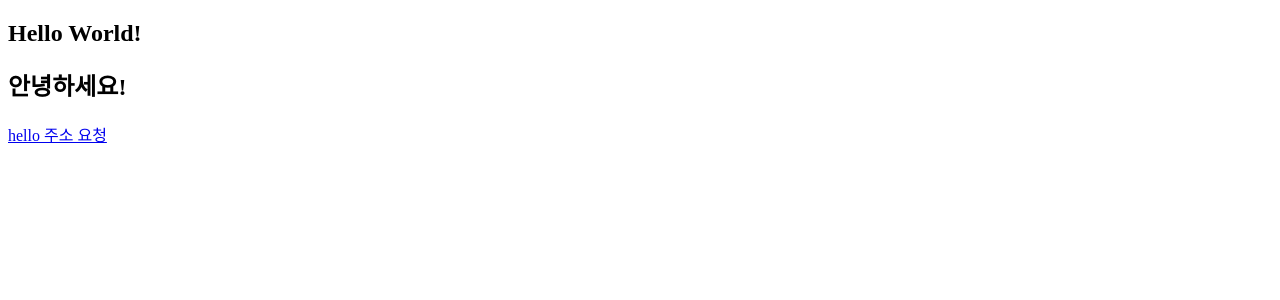
Repository: kimteayoung/spring
Page: http://localhost/spring_20211123_01/
These files come from the project's save history. The page is drawn as it stood at one moment and after the next save; the edit follows.
The browser window is 1280 px wide. The pictures show the whole page.
The page is served by Tomcat 9. Other server files are loaded and not shown.

Above is the page before, as saved 2021-11-23 04:24:36.

### workspace-sts-3.9.18.RELEASE/spring_20211123_01/src/main/webapp/WEB-INF/views/home.jsp
<%@ page language="java" contentType="text/html; charset=UTF-8"
    pageEncoding="UTF-8"%>
<!DOCTYPE html>
<html>
<head>
<meta charset="UTF-8">
<title>Insert title here</title>
</head>
<body>
   <h2>Hello World!</h2>
   <h2>안녕하세요!</h2>

   <a href="hello">hello 주소 요청</a>
</body>
</html>

After the next save:
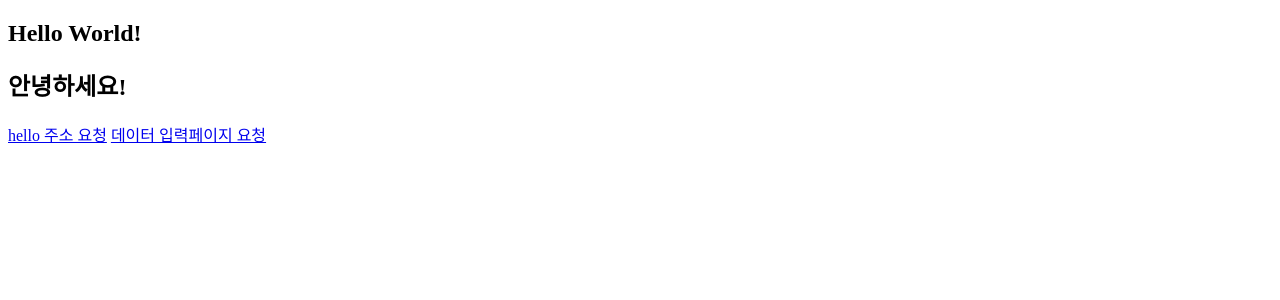
Saved 1 s later.
--- a/workspace-sts-3.9.18.RELEASE/spring_20211123_01/src/main/webapp/WEB-INF/views/home.jsp
+++ b/workspace-sts-3.9.18.RELEASE/spring_20211123_01/src/main/webapp/WEB-INF/views/home.jsp
@@ -11,5 +11,7 @@
    <h2>안녕하세요!</h2>
 
    <a href="hello">hello 주소 요청</a>
+
+   <a href="input">데이터 입력페이지 요청</a>
 </body>
 </html>
